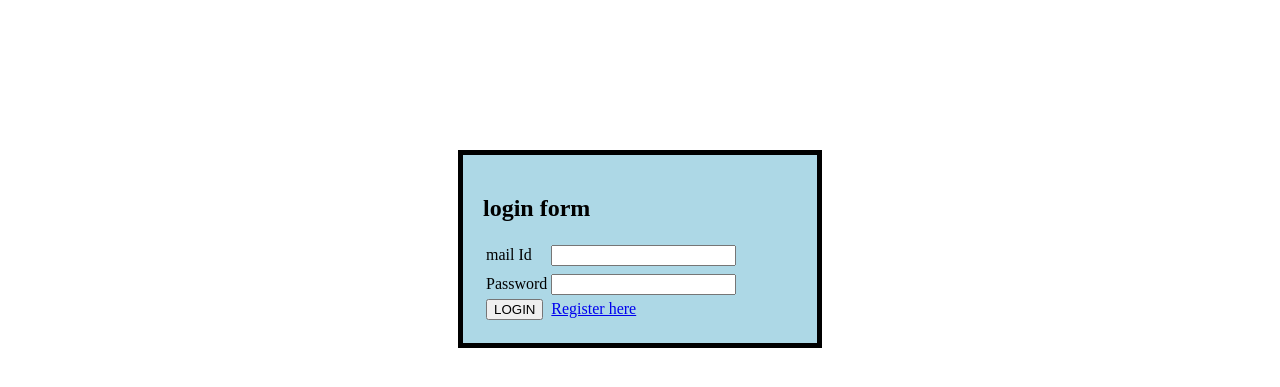
Repository: zeeshan495/Banking_project
Page: http://localhost/Banking/loginUrl
The author's editor kept a copy of each file at every save. The page is drawn from the files as they stood at one save, then again after the next save.
The browser window is 1280 px wide. The pictures show the whole page.
The page is served by Tomcat 9.

Above is the page before, as saved 2018-11-09 05:52:19.

After the next save:
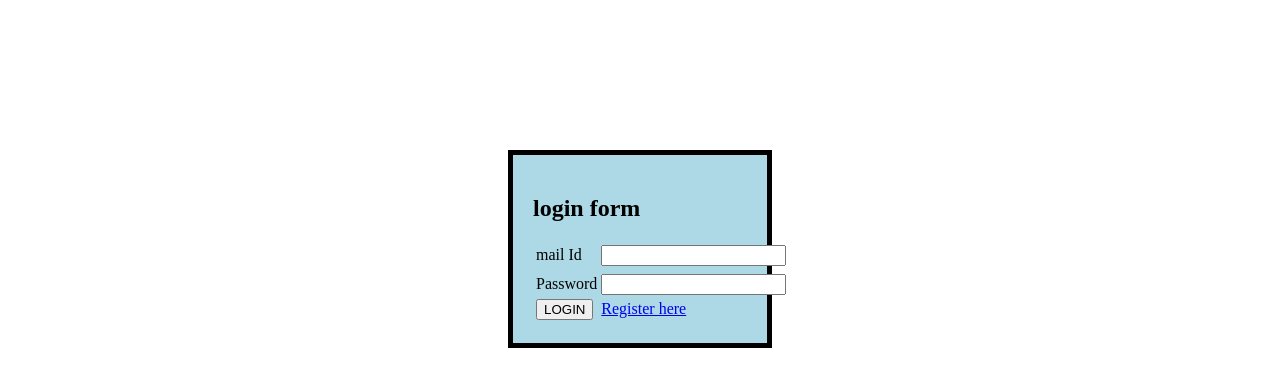
Saved 71 s later.
--- a/Banking/WebContent/login.css
+++ b/Banking/WebContent/login.css
@@ -1,7 +1,7 @@
 .login{
 	margin-top:150px;
-	margin-left:450px;
-	margin-right:450px;
+	margin-left:500px;
+	margin-right:500px;
 	border:1px solid black;
     padding:20px;
     background-color:lightblue;
